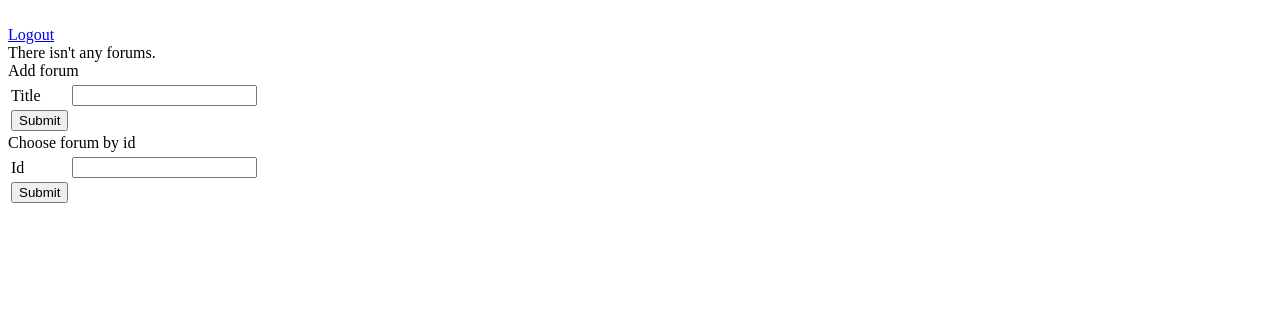
Repository: TeodorZlatev/Homework
Page: http://localhost/Web/forum.jsp
An editor plug-in stored every save of this project. The page is shown before and after the next save, followed by the edit.
The browser window is 1280 px wide. The pictures show the whole page.
The page is served by Tomcat 9. Other server files are loaded and not shown. Queries for data that is not in the repository find no rows.

Above is the page before, as saved 2016-04-25 14:55:30.

### HomeworkWeb/Web/WebContent/forum.jsp
<%@page import="entities.DBManager"%>
<%@ page import="java.util.List"%>
<%@ page import="entities.Forum"%>
<%@ page language="java" contentType="text/html; charset=ISO-8859-1"
	pageEncoding="ISO-8859-1"%>
<!DOCTYPE html PUBLIC "-//W3C//DTD HTML 4.01 Transitional//EN" "http://www.w3.org/TR/html4/loose.dtd">
<html>
<head>
<meta http-equiv="Content-Type" content="text/html; charset=ISO-8859-1">
<title>FORUM</title>
</head>
<body>
	<br />
	<a href="Logout">Logout</a>
	<br />
	<ul">
		<%
			List<Forum> list = DBManager.getAllForums();
			if (list.size() == 0) {
				out.println("There isn't any forums.");
			}
			for (int i = 0; i < list.size(); i++) {
		%>
		<li>
			<%
				out.println(list.get(i).getId() + ". " + list.get(i).getTitle());
				}
			%>
		</li>
	</ul>
	<form action="addForum" method="post">
		<table>
			<tr>Add forum
			</tr>
			<tr>
				<td>Title</td>
				<td><input type="text" name="title" /></td>
			</tr>

			<tr>
				<td><input type="submit" value="Submit" /></td>
			</tr>
		</table>
	</form>
	<form action="addForum" method="post">
		<table>
			<tr>Choose forum by id
			</tr>
			<tr>
				<td>Id</td>
				<td><input type="text" name="forumId" /></td>
			</tr>

			<tr>
				<td><input type="submit" value="Submit" /></td>
			</tr>
		</table>
	</form>
</body>
</html>

### HomeworkWeb/Web/src/entities/DBManager.java
package entities;

import java.sql.Connection;
import java.sql.DriverManager;
import java.sql.PreparedStatement;
import java.sql.ResultSet;
import java.sql.SQLException;
import java.sql.Timestamp;
import java.util.LinkedList;
import java.util.List;

public class DBManager {
	private final static String DB_USERNAME = "root";
	private final static String DB_PASSWORD = "841952";
	private final static String DB_URI = "jdbc:mysql://localhost:3306/forums";
	private final static String DB_DRIVER = "com.mysql.jdbc.Driver";
	private static Connection connection = null;

	public static void open() throws SQLException, ClassNotFoundException {
		Class.forName(DB_DRIVER);
		if (connection != null) {
			close();
		}
		connection = DriverManager.getConnection(DB_URI, DB_USERNAME, DB_PASSWORD);
	}

	public static void close() throws SQLException {
		if (connection != null) {
			connection.close();
		}
		connection = null;
	}

	public static boolean validateUser(String username, String password) throws ClassNotFoundException, SQLException {
		boolean status = false;
		open();
		PreparedStatement ps = connection.prepareStatement("select * from users where username=? and password=?");
		ps.setString(1, username);
		ps.setString(2, password);
		ResultSet rs = ps.executeQuery();
		status = rs.next();
		rs.close();
		ps.close();
		close();
		return status;
	}

	public static int getUserId(String username, String password) throws SQLException, ClassNotFoundException {
		open();
		PreparedStatement ps = connection.prepareStatement("select id from users where username=? and password=?");
		ps.setString(1, username);
		ps.setString(2, password);
		ResultSet rs = ps.executeQuery();
		int userId = 0;
		if (rs.next()) {
			userId = rs.getInt("id");
		}
		rs.close();
		ps.close();
		close();
		return userId;
	}

	public static void insertUser(User user) throws ClassNotFoundException, SQLException {
		open();
		String insert = "INSERT INTO users (username, password, names, email, gender, age, date_registered, current_status, registered_status) VALUES (?,?,?,?,?,?,?,'online','new');";
		PreparedStatement ps = connection.prepareStatement(insert);
		ps.setString(1, user.getUserName());
		ps.setString(2, user.getPassword());
		ps.setString(3, user.getNames());
		ps.setString(4, user.getEmail());
		ps.setString(5, user.getGender());
		ps.setString(6, user.getAge());
		ps.setTimestamp(7, new Timestamp(System.currentTimeMillis()));
		ps.executeUpdate();
		close();
	}

	public static void insertForum(Forum forum) throws ClassNotFoundException, SQLException {
		open();
		String insert = "INSERT INTO forums (title,date_created) VALUES (?,?);";
		PreparedStatement ps = connection.prepareStatement(insert);
		ps.setString(1, forum.getTitle());
		ps.setTimestamp(2, new Timestamp(System.currentTimeMillis()));
		ps.executeUpdate();
		close();
	}

	public static List<Forum> getAllForums() throws ClassNotFoundException, SQLException {
		open();
		List<Forum> list = new LinkedList<>();
		String select = "SELECT * FROM forums";
		PreparedStatement ps = connection.prepareStatement(select);
		ResultSet rs = ps.executeQuery();
		while (rs.next()) {
			Forum forum = new Forum(rs.getInt(1), rs.getString(2), rs.getDate(3));
			list.add(forum);
		}
		close();
		return list;
	}

	public static List<Forum> getForumById(int id) throws SQLException, ClassNotFoundException {
		open();
		List<Forum> list = new LinkedList<>();
		String get = "select * from forums where id = " + id;
		PreparedStatement ps = connection.prepareStatement(get);
		ResultSet rs = ps.executeQuery();
		while (rs.next()) {
			Forum forum = new Forum(rs.getInt("id"), rs.getString("title"), rs.getTimestamp("date_created"));
			list.add(forum);
		}
		close();
		return list;
	}

	public static void insertTopic(Topic topic, int forum_id, int user_id) throws ClassNotFoundException, SQLException {
		open();
		String insert = "INSERT INTO topics (title,date_created,forum_id,user_id) VALUES (?,NOW(),?,?);";
		PreparedStatement ps = connection.prepareStatement(insert);
		ps.setString(1, topic.getTitle());
		ps.setInt(2, forum_id);
		ps.setInt(3, user_id);
		ps.executeUpdate();
		close();
	}

	public static List<Topic> getAllTopics(int id) throws ClassNotFoundException, SQLException {
		open();
		List<Topic> list = new LinkedList<>();
		String select = "SELECT * FROM topics WHERE forum_id=" + id;
		PreparedStatement ps = connection.prepareStatement(select);
		ResultSet rs = ps.executeQuery();
		while (rs.next()) {
			Topic topic = new Topic(rs.getInt("id"), rs.getString("title"), rs.getTimestamp("date_created"),
					rs.getTimestamp("date_modified"), rs.getInt("forum_id"), rs.getInt("user_id"));
			list.add(topic);
		}
		close();
		return list;
	}

	// public static List<Topic> getTopicByForumId(int id) throws SQLException,
	// ClassNotFoundException {
	// open();
	// List<Topic> list = new LinkedList<>();
	// String get = "select * from topics where id = " + id;
	// PreparedStatement ps = connection.prepareStatement(get);
	// ResultSet rs = ps.executeQuery();
	// while (rs.next()) {
	// Topic topic = new Topic(rs.getInt(1), rs.getString(2), rs.getDate(3),
	// rs.getDate(4), rs.getInt(5),
	// rs.getInt(6));
	// list.add(topic);
	// }
	// close();
	// return list;
	// }

	public static void insertReply(Reply reply, int topicId) throws ClassNotFoundException, SQLException {
		open();
		String insert = "INSERT INTO replies (message,date_created,topic_id,user_id) VALUES (?,NOW(),?,?);";
		PreparedStatement ps = connection.prepareStatement(insert);
		ps.setString(1, reply.getMessage());
		ps.setInt(2, topicId);
		ps.setInt(3, 2);
		ps.executeUpdate();
		close();
	}

	public static List<Reply> getAllReplies(int topicId) throws ClassNotFoundException, SQLException {
		open();
		List<Reply> list = new LinkedList<>();
		String select = "SELECT * FROM replies WHERE topic_id=" + topicId;
		PreparedStatement ps = connection.prepareStatement(select);
		ResultSet rs = ps.executeQuery();
		while (rs.next()) {
			Reply reply = new Reply(rs.getString("message"), rs.getTimestamp("date_created"), rs.getInt("topic_id"),
					rs.getInt("user_id"));
			list.add(reply);
		}
		close();
		return list;
	}

	// public static User getUserById(int userId) throws SQLException,
	// ClassNotFoundException {
	// open();
	// User user = null;
	// String query = "select id,username,password,names,email,gender,age from
	// users where id = " + userId;
	// PreparedStatement ps = connection.prepareStatement(query);
	// ResultSet rs = ps.executeQuery();
	// if (rs.next()) {
	// String userName = rs.getString("username");
	// String password = rs.getString("password");
	// String names = rs.getString("names");
	// String email = rs.getString("email");
	// String gender = rs.getString("gender");
	// String age = rs.getString("age");
	// user = new User(userName, password, names, gender, email, age);
	// }
	// close();
	// return user;
	// }

	// public void editUser(int id, String userName, String password, String
	// names, String gender, String email, String age)
	// throws ClassNotFoundException, SQLException {
	// open();
	// String query = "update users SET username = ?, password = ?, names = ?,
	// gender = ?, email = ?"
	// + " where id = ?";
	// PreparedStatement ps = connection.prepareStatement(query);
	// ps.setString(1, userName);
	// ps.setString(2, password);
	// ps.setString(3, names);
	// ps.setString(4, gender);
	// ps.setString(5, email);
	// ps.setInt(6, id);
	// ps.executeUpdate();
	// close();
	// }
}

After the next save:
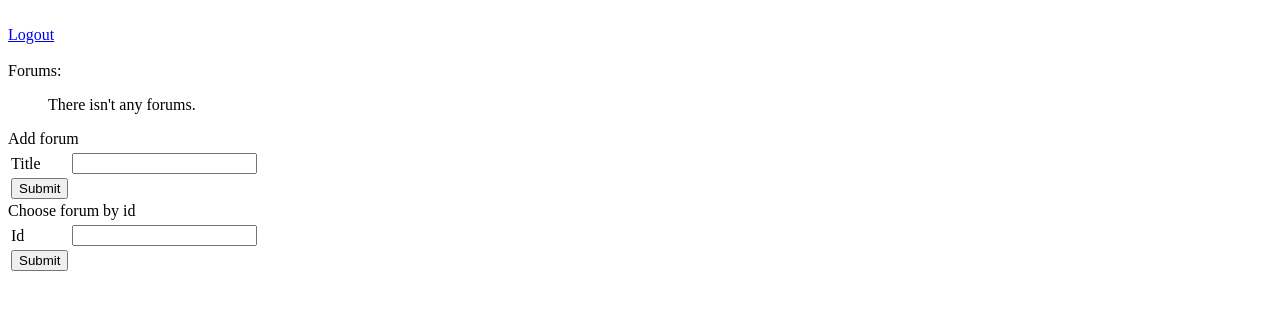
Saved 31 s later.
--- a/HomeworkWeb/Web/WebContent/forum.jsp
+++ b/HomeworkWeb/Web/WebContent/forum.jsp
@@ -12,8 +12,10 @@
 <body>
 	<br />
 	<a href="Logout">Logout</a>
-	<br />
-	<ul">
+	<br /><br/>
+	Forums:
+	<br/>
+	<ul>
 		<%
 			List<Forum> list = DBManager.getAllForums();
 			if (list.size() == 0) {
